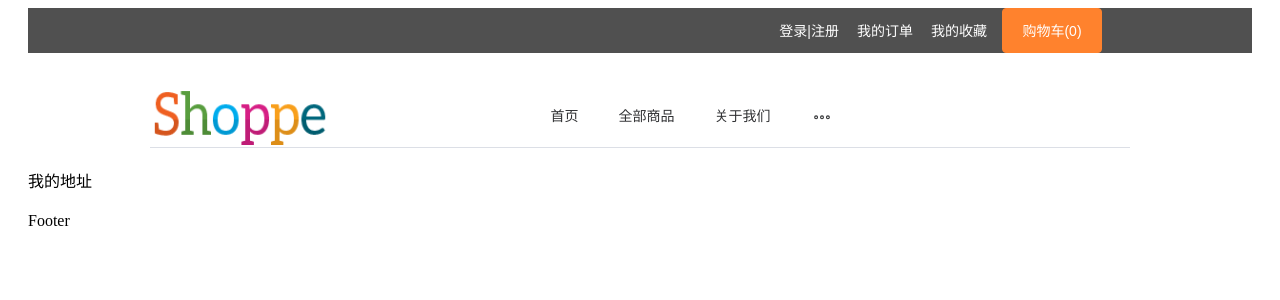
Repository: zhenghaochang/---
Page: /#/confirmOrder (app in xiaomi/)
The author's editor kept a copy of each file at every save. The page is drawn from the files as they stood at one save, then again after the next save.
The browser window is 1280 px wide. The pictures show the whole page.
The project was rebuilt for these pictures with package versions that can differ from the ones it lists, and the page was loaded fresh each time. Also part of the build but not shown: xiaomi/vite.config.js.

Above is the page before, as saved 2025-08-03 15:34:19.

### xiaomi/src/main.js
import { createApp } from 'vue';
import ElementPlus from 'element-plus';
import 'element-plus/dist/index.css';
import router from './router/router';
import App from './App.vue';
import * as ElementPlusIconsVue from '@element-plus/icons-vue';
import { createPinia } from 'pinia';
import piniaPluginPersistedstate from 'pinia-plugin-persistedstate'
const app = createApp(App);
const pinia = createPinia();
pinia.use(piniaPluginPersistedstate)
app.use(pinia);
for (const [key, component] of Object.entries(ElementPlusIconsVue)) {
    app.component(key, component);
}
app.use(router);
app.use(ElementPlus);
app.mount('#app');

### xiaomi/src/router/router.js
import {createRouter,createWebHashHistory} from 'vue-router'

let router = createRouter({
    history:createWebHashHistory(),
    routes:[
        {
            path:"/",
            component:()=>import('../components/main.vue'),
            redirect:"/home",
            children:[
                {
                    path:"/home",
                    component:() => import('../view/home.vue')
                },
                {
                    path:"/allGoods",
                    component:() => import('../view/allGoods.vue')
                },
                {
                    path:"/goods",
                    component:()=>import('../view/goods.vue')
                },
                {
                    path:"/orderList",
                    component:()=> import('../view/orderList.vue')
                },
                {
                    path:"/shoppingCart",
                    component:()=> import('../view/shoppingCart.vue')
                },
                {
                    path:"/collection",
                    component:()=> import('../view/collection.vue')
                },
                {
                    path:"/confirmOrder",
                    component:()=>import('../view/confirmOrder.vue')
                }
            ]
        }
    ]
})

export default router

### xiaomi/src/App.vue
<script setup>
import Menu from '../src/components/menu.vue'


</script>

<template>
    <div>
        <el-container>
            <el-header class="header"><Menu></Menu></el-header>
            <el-main class="main"><router-view></router-view></el-main>
            <el-footer>Footer</el-footer>
        </el-container>
    </div>
</template>

<style scoped>
.header{
/*     background-color: blue; */
    width:100%
}
/* .main{
    background-color: blue;
    width: 100%;
    display:flex;
    flex-direction: column;
    justify-content: center;
} */
</style>

### xiaomi/src/components/main.vue
<script setup>
import logo from '../assets/img/logo.png'
import { Search } from '@element-plus/icons-vue'
import {useRoute,useRouter} from 'vue-router'
import {goodsList, selectParam,total} from '../global/global'
import {getGoodsList} from '../global/global'

const router = useRouter()
const route = useRoute()

async function search(){
    console.log(selectParam.value.goodsName)
    router.push("/allGoods")
    getGoodsList()
}

</script>

<template>
    <div class="base_div">
        <!-- 菜单div -->
        <div style="width:80%;margin-bottom:20px">
            <el-menu
                :default-active="route.path"
                class="menu"
                mode="horizontal"
                @select="handleSelect"
                router
            >
                <div>
                    <img style="width:180px;height:60px;margin-right:200px" :src="logo" alt="">
                </div>
                <el-menu-item class="menu_item" index="/home">首页</el-menu-item>
                <el-menu-item class="menu_item" index="/allGoods">全部商品</el-menu-item>
                <el-menu-item class="menu_item" index="/aboutUs">关于我们</el-menu-item>
                <div>
                    <el-input
                        v-model="selectParam.goodsName"
                        style="margin-left:200px;width:250px"
                        placeholder="请输入商品名称"
                        class="input-with-select"

                    >
                        <template #append>
                            <el-button @click="search" :icon="Search" />
                        </template>
                    </el-input>
                </div>
            </el-menu>
        </div>
        <!-- 菜单div END -->
        <!-- 主体div -->
        <div style="width:100%">
            <router-view></router-view>
        </div>
    </div>
</template>

<style scoped>
.base_div{
    width: 100%;
    display:flex;
    flex-direction: column;
    align-items:center;
}
.menu{
    display:flex;
    align-items: center;
}
.menu_item{
    background-color: transparent !important;
}
</style>

### xiaomi/src/view/confirmOrder.vue
<script setup>

</script>

<template>
    <div class="base_div">
        <div style="width:100%;display:flex;flex-direction:column">
            我的地址
        </div>
    </div>
</template>

<style scoped>
.base_div{
    width: 100%;
    display: flex;
    flex-direction: column;
    align-items:center;
}
</style>

### xiaomi/src/components/menu.vue
<script setup>
import {ref,reactive} from 'vue'
import request from '../request/index'
import { ElMessage } from 'element-plus'
import {useUserStore} from '../store/index'
import {loginVisible,registVisible} from '../global/global'
import {useRouter,useRoute} from 'vue-router'


const store = useUserStore()
const router = useRouter()


const loginForm = ref({
    username:'',
    password:''
})

const registForm = ref({
    username:'',
    password:'',
    rePassword:'',
    name:''
})

const user = ref({
    id:0,
    username:'',
    name:'',
    numInCart:0,
    token:''
})

const loginFormRef = ref()
const registFormRef = ref()

const validateUsername = (rule,value,callback)=>{
    if(value.length==0){
      callback(new Error("用户名不能为空"))
    }else{
      callback()
    }
  }

  const validatePassword = (rule,value,callback)=>{
    if(value.length<4){
      callback(new Error("密码小于4位"))
    }else{
      callback()
    }
  }

  const validateRePassword = (rule,value,callback)=>{
    if(value.length<4){
      callback(new Error("密码小于4位"))
    }else{
      if(value != registForm.value.password){
        callback(new Error("密码不一致"))
      }else{
        callback()
      }
    }
  }

  const rules = {
    username:[{required:true,message:'用户名不能为空',validator:validateUsername}],
    password:[{required:true,message:'密码必须大于4位',validator:validatePassword}],
    rePassword:[{required:true,validator:validateRePassword}]
  }


async function login(){
    const valid = await loginFormRef.value.validate
    if(valid){
        let {data} = await request.post("/user/login",loginForm.value)
        if(data.code == 200){
            ElMessage.success('登录成功')
            user.value = data.data
            store.changeInfo(user.value)
            loginVisible.value = false
            location.reload()
        }else{
            ElMessage.error(data.msg)
        }
    }
}

async function regist(){
    const valid = await registFormRef.value.validate
    if(valid){
        let {data} = await request.post("/user/regist",registForm.value)
        if(data.code == 200){
            ElMessage.success('注册成功')
            registVisible.value = false
            loginVisible.value = true
        }else{
            ElMessage.error(data.msg)
        }
    }
}

function logout(){
    store.logout()
    location.reload()
}

</script>

<template>
    <div class="base_div">
        <el-button color="rgb(80,80,80)" @click="loginVisible = true" v-if="store.id==0" link>登录|注册</el-button>
        <div style="display:flex;align-items:center;margin-right:10px" v-else>
            <el-button color="rgb(80,80,80)" link>欢迎{{store.name}}</el-button>
            <el-button color="rgb(80,80,80)" @click="logout" link>退出登录</el-button>
        </div>
        <el-button color="rgb(80,80,80)" @click="()=>{router.push('/orderList')}" link>我的订单</el-button>
        <el-button color="rgb(80,80,80)" @click="()=>{router.push('/collection')}" link>我的收藏</el-button>
        <el-button  style="margin-right:150px;width:100px;height:100%;color:white"
         color="rgb(255,130, 45)"
         @click="()=>{router.push('/shoppingCart')}"
        >
            购物车({{store.numInCart}})
        </el-button>

        <!-- 登录窗口 -->
        <el-dialog v-model="loginVisible"  title="登录" width="300">
            <el-form :model="loginForm" ref="loginFormRef" :rules="rules">
                <el-form-item label="用户名" prop="username" :label-width="70">
                    <el-input v-model="loginForm.username" autocomplete="off" />
                </el-form-item>
                <el-form-item label="密码" prop="password" :label-width="70">
                    <el-input v-model="loginForm.password" autocomplete="off" type="password" show-password />
                </el-form-item>
            </el-form>
            <template #footer>
                <div style="display:flex;justify-content:space-between;align-items:center">
                    <el-button type="warning" @click="registVisible = true">注册</el-button>
                    <div>
                        <el-button @click="loginVisible = false">取消</el-button>
                        <el-button type="primary" @click="login">
                        登录
                        </el-button>
                    </div>

                </div>
            </template>
        </el-dialog>
        <!-- 登录窗口END -->
        <!-- 注册窗口 -->
        <el-dialog v-model="registVisible"  title="注册" width="350">
            <el-form :model="registForm" ref="registFormRef" :rules="rules">
                <el-form-item label="用户名" prop="username" :label-width="80">
                    <el-input v-model="registForm.username" autocomplete="off" />
                </el-form-item>
                <el-form-item label="密码" prop="password" :label-width="80">
                    <el-input v-model="registForm.password" autocomplete="off" type="password" show-password />
                </el-form-item>
                <el-form-item label="确认密码" prop="rePassword" :label-width="80">
                    <el-input v-model="registForm.rePassword" autocomplete="off" type="password" show-password />
                </el-form-item>
                <el-form-item label="姓名"  :label-width="80">
                    <el-input v-model="registForm.name" autocomplete="off"  />
                </el-form-item>
            </el-form>
            <template #footer>
                <div style="">
                    <div>
                        <el-button @click="registVisible = false">取消</el-button>
                        <el-button type="primary" @click="regist">
                        注册
                        </el-button>
                    </div>

                </div>
            </template>
        </el-dialog>
        <!-- 注册窗口END -->
    </div>
</template>

<style scoped>
.base_div{
    background-color:rgb(80,80,80);
    width:100%;
    height:45px;
    display: flex;
    justify-content:flex-end;
}
</style>

### xiaomi/src/global/global.js
import {ref} from 'vue'
import request from '../request'

export const selectParam = ref({
    categoryId:0,
    pageSize:15,
    currentPage:1,
    goodsName:''
})

export const goodsList = ref([])

export const total = ref(0)

export async function getGoodsList(){
    let {data} = await request.post("/goods/getAllGoodsList",selectParam.value)
    goodsList.value = data.data.goods
    total.value = data.data.total
}

export const loginVisible = ref(false)
export const registVisible = ref(false)

### xiaomi/src/request/index.js
import axios from 'axios'
import { ElMessage } from 'element-plus'
import {useUserStore} from '../store/index'
import {loginVisible} from '../global/global'



const request = axios.create({
    baseURL:'http://localhost:8080',
    timeout:10000
})

request.interceptors.request.use(
    config => {
        const store = useUserStore()
        const token = store.token
        console.log("token:"+token)
        if(token){
            config.headers['authorization'] = token
        }
        return config
    },
    error => Promise.reject(error)
)

request.interceptors.response.use(
    response =>{
        return response
    },
    error => {
        const store = useUserStore()
        console.log(error)
        if(error.status == 401){
            ElMessage.error('请登录')
            store.logout()
            loginVisible.value = true
        }else{
            ElMessage.error(error.response?.data?.msg || '网络错误')
        }
        return Promise.reject(error)
    }

)




export default request

### xiaomi/src/store/index.js
import {defineStore} from 'pinia'
import request from '../request'

const user = {
    id:0,
    username:'',
    name:'',
    numInCart:0,
    token:''
}

export const useUserStore = defineStore('userInfo',{
    state:()=>({
        id:0,
        username:'',
        name:'',
        numInCart:0,
        token:''
    }),
    getters:{},
    actions:{
        changeInfo(user){
            this.id = user.id,
            this.username = user.username,
            this.name = user.name,
            this.numInCart = user.numInCart,
            this.token = user.token
        },
        logout(){
            this.id = 0,
            this.username = '',
            this.name = '',
            this.numInCart = 0,
            this.token = ''
        },
        async updateNum(){
            let {data} = await request.get("/shoppingCart/getNumInCart")
            this.numInCart = data.data
        }
    },
    persist: true
}
)

Loaded but not shown: xiaomi/index.html (common file)

After the next save:
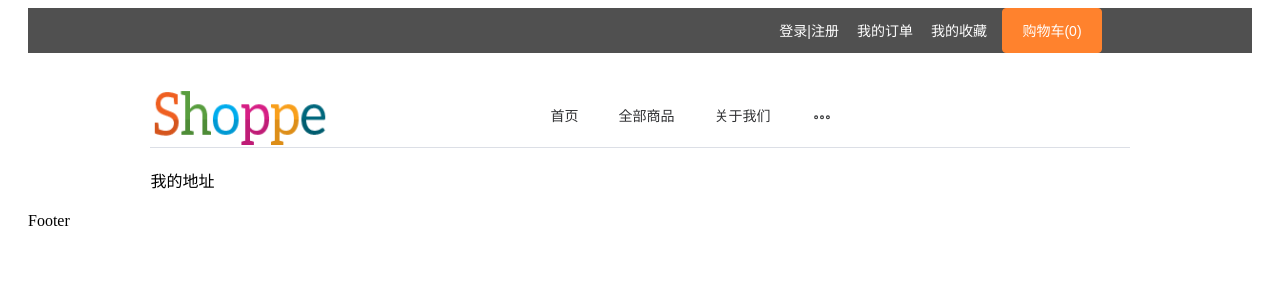
Saved 21 s later.
--- a/xiaomi/src/view/confirmOrder.vue
+++ b/xiaomi/src/view/confirmOrder.vue
@@ -4,7 +4,7 @@
 
 <template>
     <div class="base_div">
-        <div style="width:100%;display:flex;flex-direction:column">
+        <div style="width:80%;display:flex;flex-direction:column">
             我的地址
         </div>
     </div>
